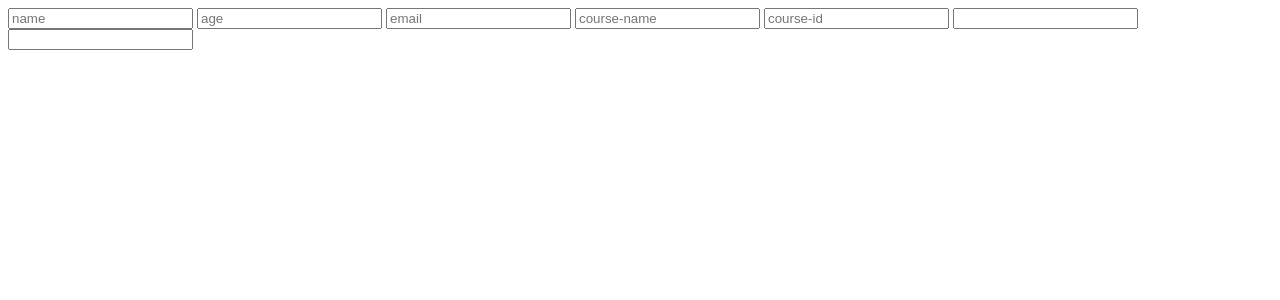
Repository: roneetkumar/java-enterprise
Page: http://localhost/College/
These files come from the project's save history. The page is drawn as it stood at one moment and after a run of saves; the edit follows.
The browser window is 1280 px wide. The pictures show the whole page.
The page is served by Tomcat 9. Other server files are loaded and not shown.

Above is the page before, as saved 2020-02-25 22:18:50.

### College/WebContent/index.jsp
<%@ page language="java" contentType="text/html; charset=ISO-8859-1"
    pageEncoding="ISO-8859-1"%>
<!DOCTYPE html>
<html>
<head>
<meta charset="ISO-8859-1">
<title>Insert title here</title>
</head>
<body>

	<form action="AddStudents">

		<input type="text" name="name" placeholder="name"/>
		<input type="text" name="age" placeholder="age"/>
		<input type="text" name="email" placeholder="email" />
		<input type="text" name="cname" placeholder="course-name"/>
		<input type="text" name="cid" placeholder="course-id"/>
		<input type="text" name="name"/>
		<input type="text" name="name"/>


	</form>

</body>
</html>

After the next 2 saves:
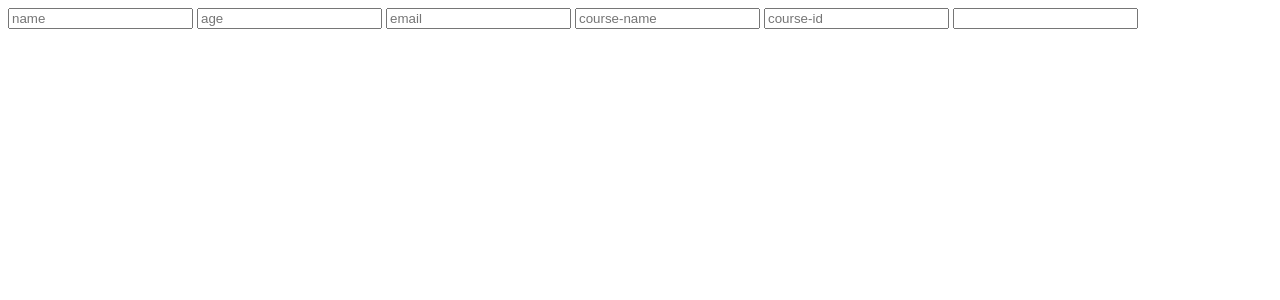
The 2 saves are shown as one change because they came seconds apart.
The last was saved 6 s later.
--- a/College/WebContent/index.jsp
+++ b/College/WebContent/index.jsp
@@ -16,7 +16,6 @@
 		<input type="text" name="cname" placeholder="course-name"/>
 		<input type="text" name="cid" placeholder="course-id"/>
 		<input type="text" name="name"/>
-		<input type="text" name="name"/>
 
 
 	</form>
